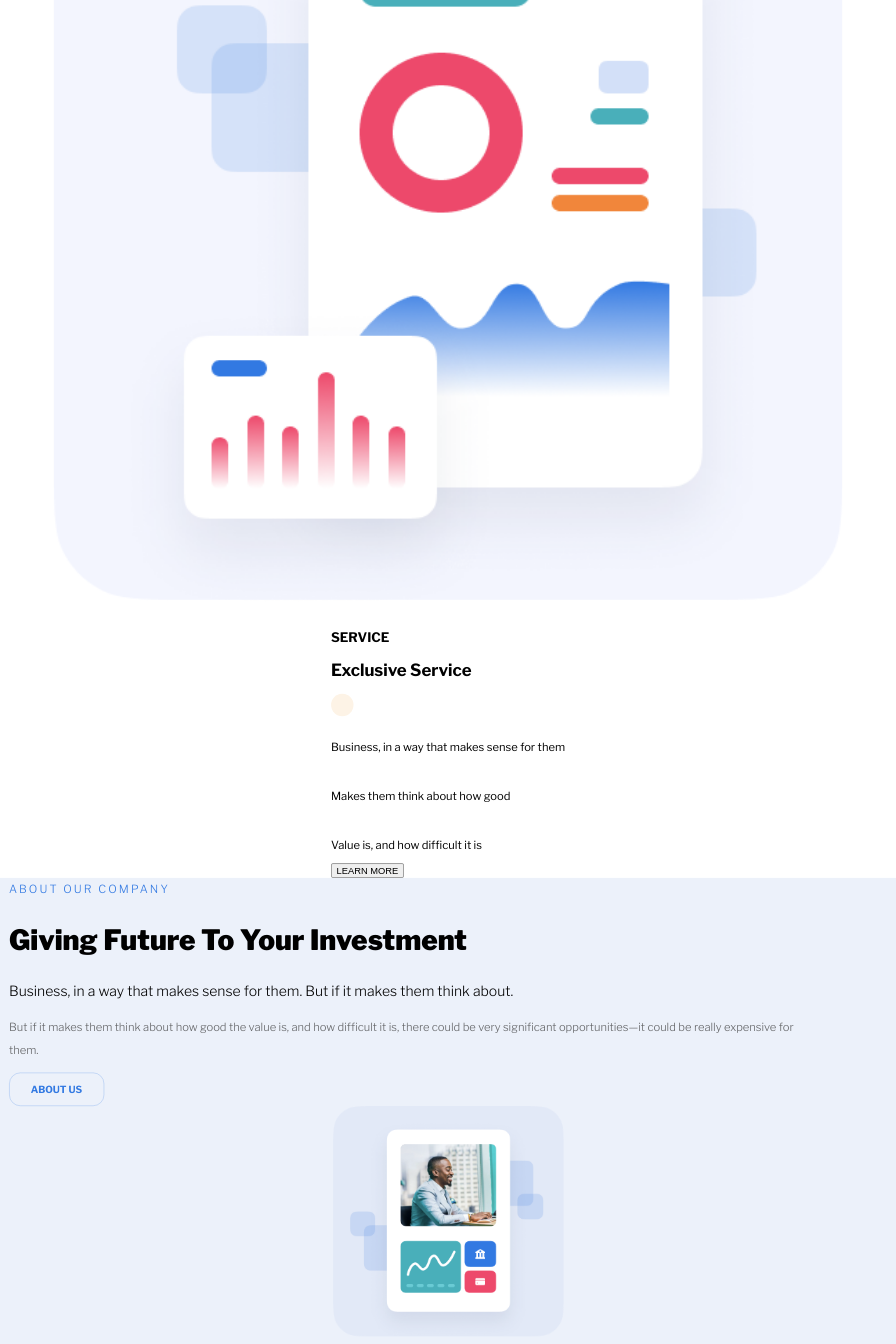
Repository: adryelfelipe/frontend-prova
Page: prova-figma/Prova/index.html
The author's editor kept a copy of each file at every save. The page is drawn from the files as they stood at one save, then again after the next save.
The browser window is 1280 px wide. The pictures show the part of the page from y = 1913 to 3833 px (the page is 3833 px tall before and 3814 px after), at 70% of full size.

Above is the page before, as saved 2026-06-22 19:12:04.

### prova-figma/Prova/index.html
<!DOCTYPE html>
<html lang="en">
<head>
    <meta charset="UTF-8">
    <meta name="viewport" content="width=device-width, initial-scale=1.0">
    <link rel="stylesheet" href="style/variaveis.css">
    <link rel="stylesheet" href="./style/style.css">
    <title>Document</title>
</head>
<body>
    <header>
        <h2>MNY</h2>

        <nav>
            <p>About</p>
            <p>Features</p>
            <p>Services</p>
            <p>Pricing</p>
            <p>Blog</p>
        </nav>

        <button>CONTACT</button>

        <img src="./assets/icon/hamburguer.svg" alt="">
    </header>
    <main>
        <section class="hero">
            <article class="hero-first-article">
                <h3 class="subtitle-base hero-subtitle">MAKE MONEY</h3>
                <h1 class="title-base hero-title">Grow Your Money Like Never Before</h1>
                <p class="paragraph hero-paragraph">Business, in a way that makes sense for them. But if it makes them think about how good the value.</p>
                <button class="hero-button">GET STARTED</button>
            </article>
            <article class="hero-second-article">
                <!-- <img class src="assets/img/homem-terno.png" alt=""> -->
            </article>
        </section>

        <section class="service">
            <div class="service-container">
                <article class="service-card">
                    <div class="bg-icon-fly">
                        <img src="./assets/icon/icon1-fly-section2.svg" class="icon-fly" alt="">
                    </div>

                    <h3 class="subtitle-tertiary">Strong Security</h3>
                    <p class="paragraph">Way that makes sense for them. But if it makes them think about how good the value is, and how difficult it is.</p>
                </article>

                <article class="service-card">
                    <div class="bg-icon-backpack">
                        <img src="./assets/icon/icon2-backpack-section2.png" class="icon-backpack" alt="">
                    </div>

                    <h3 class="subtitle-tertiary">Creative Solutions</h3>
                    <p class="paragraph">But if it makes them think about how good the value is, and how difficult it is, there could be very significant.</p>
                </article>

                <article class="service-card">
                    <div class="bg-icon-rocket">
                        <img src="./assets/icon/icon3-rocket-section2.png" class="icon-rocket" alt="">
                    </div>

                    <h3 class="subtitle-tertiary">Free Online</h3>
                    <p class="paragraph">Good the value is, and how difficult it is, there could be very significant opportunities.</p>
                </article>
            </div>

            <div class="service-container-line">

            </div>

            <img src="./assets/img/infos-section2.png" class="service-img" alt="">

            <article>
                <h3>SERVICE</h3>
                <h2>Exclusive Service</h2>

                <div>
                    <div class="bg-icon-correct">

                    </div>
                    <img src="./assets/icon/correct-icon-section2.png" class="icon-correct" alt="">
                    <p>Business, in a way that makes sense for them</p>
                </div>

                <div>
                    <img src="./assets/icon/correct-icon-section2.png" alt="">
                    <p>Makes them think about how good</p>
                </div>

                <div>
                    <img src="./assets/icon/correct-icon-section2.png" alt="">
                    <p>Value is, and how difficult it is</p>
                </div>

                <button>LEARN MORE</button>
            </article>
        </section>
        <section class="our-company">
            <article class="company-first-article">
                <h3 class="subtitle-base company-subtitle">ABOUT OUR COMPANY</h3>
                <h2 class="subtitle-secondary">Giving Future To Your Investment</h2>
                <p class="company-paragraph">Business, in a way that makes sense for them. But if it makes them think about.</p>
                <p class="paragraph company-paragraph-second">But if it makes them think about how good the value is, and how difficult it is, there could be very significant opportunities—it could be really expensive for them.</p>
                <button class="company-button">ABOUT US</button>
            </article>
            <article class="company-second-article">
                <img src="assets/img/our-company.png" alt="">
            </article>
        </section>
    </main>
</body>
</html>

### prova-figma/Prova/style/variaveis.css
@import url('https://fonts.googleapis.com/css2?family=Libre+Franklin:ital,wght@0,100..900;1,100..900&display=swap');

:root {
    --primary-color: #FFFFFF;
    --header-icon-border-color: rgba(255, 255, 255, 0.3);
    --bg-color: rgba(50, 121, 226, 1);

    --subtitle: rgba(170, 196, 234, 1);

    --normal-line: rgba(213, 214, 225, 1);

    /*Icons Session 2*/
    --bg-icon-fly: rgba(230, 247, 248, 1);
    --bg-icon-backpack: rgba(252, 237, 240, 1);
    --bg-icon-rocket: rgba(253, 243, 230, 1);
    --bg-icon-correct: rgba(50, 121, 226, 1);

    --icon-fly-color: rgba(73, 175, 186, 1);
    --icon-backpack-color: rgba(237, 73, 107, 1);
    --icon-rocket-color: rgba(241, 134, 59, 1);
    --icon-correct-color: rgba(255, 255, 255, 1)
}

.title-base{
    font-family: 'Libre Franklin';
    font-weight: 900;
    font-size: 3.5rem;
    line-height: 64px;
    letter-spacing: -1px;
}

.subtitle-base{
    margin: 0;
    font-family: 'Libre Franklin';
    font-weight: 300;
    font-size: 1rem;
    line-height: 32px;
    letter-spacing: 3px;
    text-transform: uppercase;
}

.subtitle-secondary{
    font-family: 'Libre Franklin';
    font-weight: 900;
    font-size: 2.5rem;
    line-height: 48px;
    letter-spacing: 0px;
}

.subtitle-tertiary{
    font-family: Libre Franklin;
    font-weight: 900;
    font-size: 24px;
    line-height: 32px;
    letter-spacing: 0px;
}

.paragraph{
    font-family: 'Libre Franklin';
    font-weight: 300;
    font-size: 1rem;
    line-height: 32px;
    letter-spacing: 0px;
}

### prova-figma/Prova/style/style.css
body{
    font-family:"Libre Franklin";
    margin: 0px;
}

/* HEADER */
header{
    display: flex;
    justify-content: space-around;
    align-items: center;
    background-color: var(--bg-color);
}

header nav{
    display: none;
}

header button{
    display: none;
}

header img {
    border: solid 1px var(--header-icon-border-color);
    border-radius: 16px;
}

header h2 {
    color: var(--primary-color);
}


/* SECTION HERO */
.hero{
    background: linear-gradient(135deg, #3279E2 0%, #CACAEB 100%);
    margin-bottom: 80px;
}

.hero-first-article{
    width: 98%;                     /*OBSERVAÇÃO IMPORTANTE EM QUESTÃO          DO POSICIONAMENTO E FIDELIDADE AO FIGMA*/
    justify-self: center;           /*O POSICIONAMENTO FOI ALTERADO POIS, EMBORA A TIPOGRAFIA TENHA SIDO COPIADA EXTRITAMENTE SEMLHANTE AO FIGMA OS TAMANHOS E POSICIONAMENTOS DA TELA NA RESOLUÇÃO MÍNIMA INDICADA NÃO DARIAM CERTO*/
}

.hero-subtitle{
    color: var(--subtitle);
}

.hero-title{
    color: var(--primary-color);
}

.hero-paragraph{
    color: rgba(255, 255, 255, 0.5);
}

.hero-button{
    background-color: rgba(17, 17, 17, 1);
    color: var(--primary-color);
    padding: 16px 30px;
    font-family: Libre Franklin;
    font-weight: 700;
    font-size: 14px;
    line-height: 100%;
    letter-spacing: 0px;
    text-align: center;
    text-transform: uppercase;
    border: none;
    border-radius: 16px;
}

/* .hero-second-article{
    width: 405px;
    height: 80%;
}

.image{
    object-fit: cover;

} */

/* SECTION SERVICE */
.service {
    display: flex;
    flex-direction: column;
    align-items: center;
}

.service-container {
    display: flex;
    flex-direction: column;
    gap: 64px;
}

.service-container-line {
    height: 1px;
    background-color: var(--normal-line);
    width: 85vw;
    justify-self: center;
    margin-top: 80px;
    margin-bottom: 95px;
}

.service-img {
    justify-self: center;
    width: 88vw;
    height: 88vw;
}

.service-card {
    display: flex;
    flex-direction: column;
}

.service-card p {
    width: 306px;
}

.bg-icon-fly {
    display: flex;
    justify-content: center;
    align-items: center;
    border-radius: 100px;
    width: 6rem;
    height: 6rem;
    background-color: var(--bg-icon-fly)
}

.icon-fly {
    height: 2rem;
    width: 3rem;
}

.bg-icon-backpack {
    display: flex;
    justify-content: center;
    align-items: center;
    border-radius: 100px;
    width: 6rem;
    height: 6rem;
    background-color: var(--bg-icon-backpack)
}

.icon-backpack {
    height: 2,5rem;
    width: 3rem;
}

.bg-icon-rocket {
    display: flex;
    justify-content: center;
    align-items: center;
    border-radius: 100px;
    width: 6rem;
    height: 6rem;
    background-color: var(--bg-icon-rocket)
}

.icon-rocket {
    height: 3rem;
    width: 3rem;
}

.bg-icon-correct {
    display: flex;
    justify-content: center;
    align-items: center;
    border-radius: 100px;
    width: 2rem;
    height: 2rem;
    background-color: var(--bg-icon-rocket)
}

.icon-correct {
    width: 1rem;
    height: 0,8rem;
}

/* SECTION OUR COMPANY */

.our-company{
    background-color: rgba(236, 241, 250, 1);
}

.company-subtitle{
    color: rgba(50, 121, 226, 1);
}

.company-paragraph{
    font-family: Libre Franklin;
    font-weight: 300;
    font-size: 20px;
    line-height: 32px;
    letter-spacing: 0px;
    width: 90%;
}

.company-button{
    background-color: transparent;
    color: rgba(50, 121, 226, 1);
    padding: 16px 30px;
    font-family: Libre Franklin;
    font-weight: 700;
    font-size: 14px;
    line-height: 100%;
    letter-spacing: 0px;
    text-align: center;
    text-transform: uppercase;
    border: 1px solid rgba(50, 121, 226, 0.3);
    border-radius: 16px;
}

.company-paragraph-second{
    color: rgba(51, 51, 51, 0.75);
    width: 90%;
}

.company-first-article{
    width: 98%;
    justify-self: center;
}

.company-second-article{
    justify-self: center;
}

After the next save:
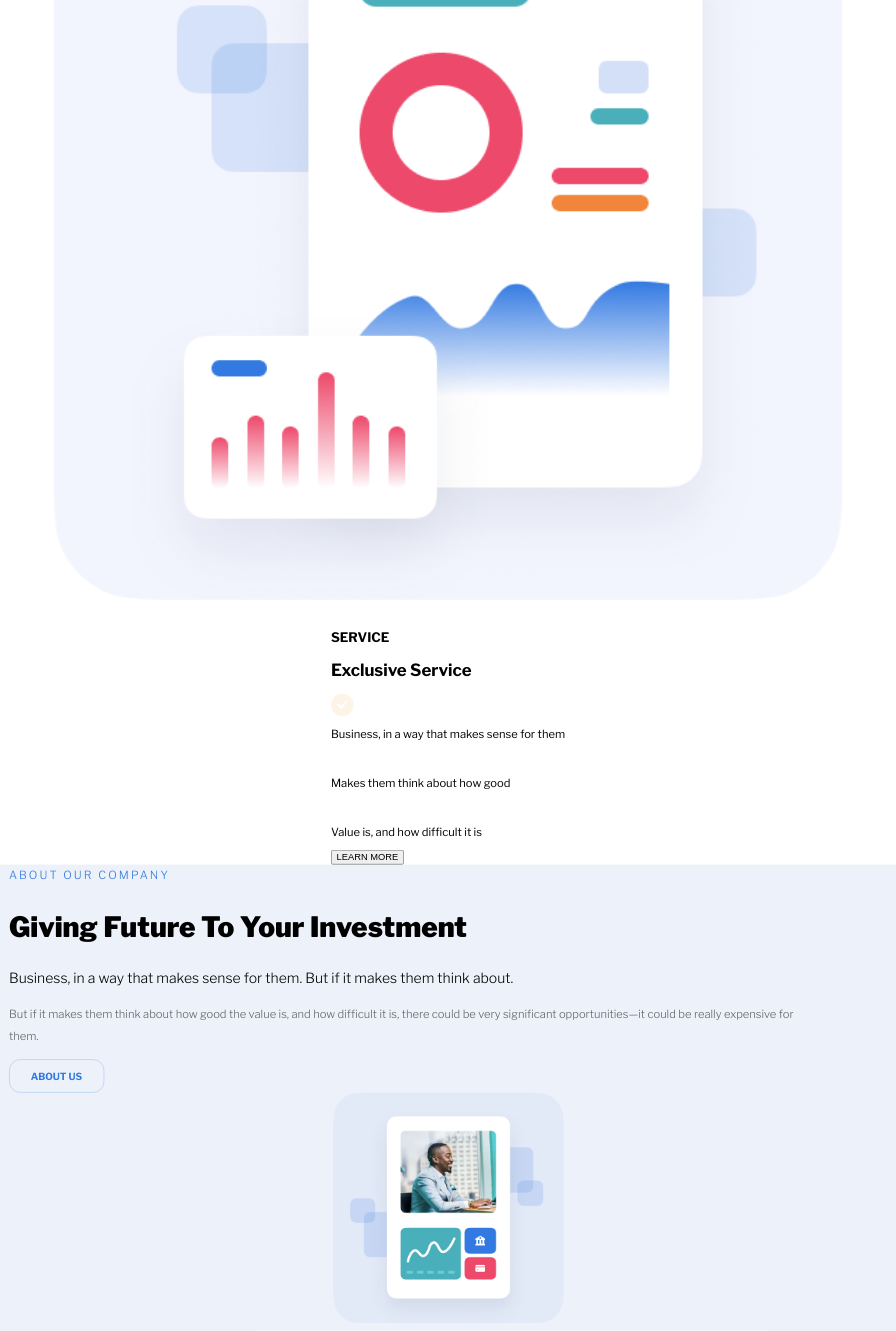
Saved 7 s later.
--- a/prova-figma/Prova/index.html
+++ b/prova-figma/Prova/index.html
@@ -78,9 +78,8 @@
 
                 <div>
                     <div class="bg-icon-correct">
-
+                        <img src="./assets/icon/correct-icon-section2.png" class="icon-correct" alt="">
                     </div>
-                    <img src="./assets/icon/correct-icon-section2.png" class="icon-correct" alt="">
                     <p>Business, in a way that makes sense for them</p>
                 </div>
 
